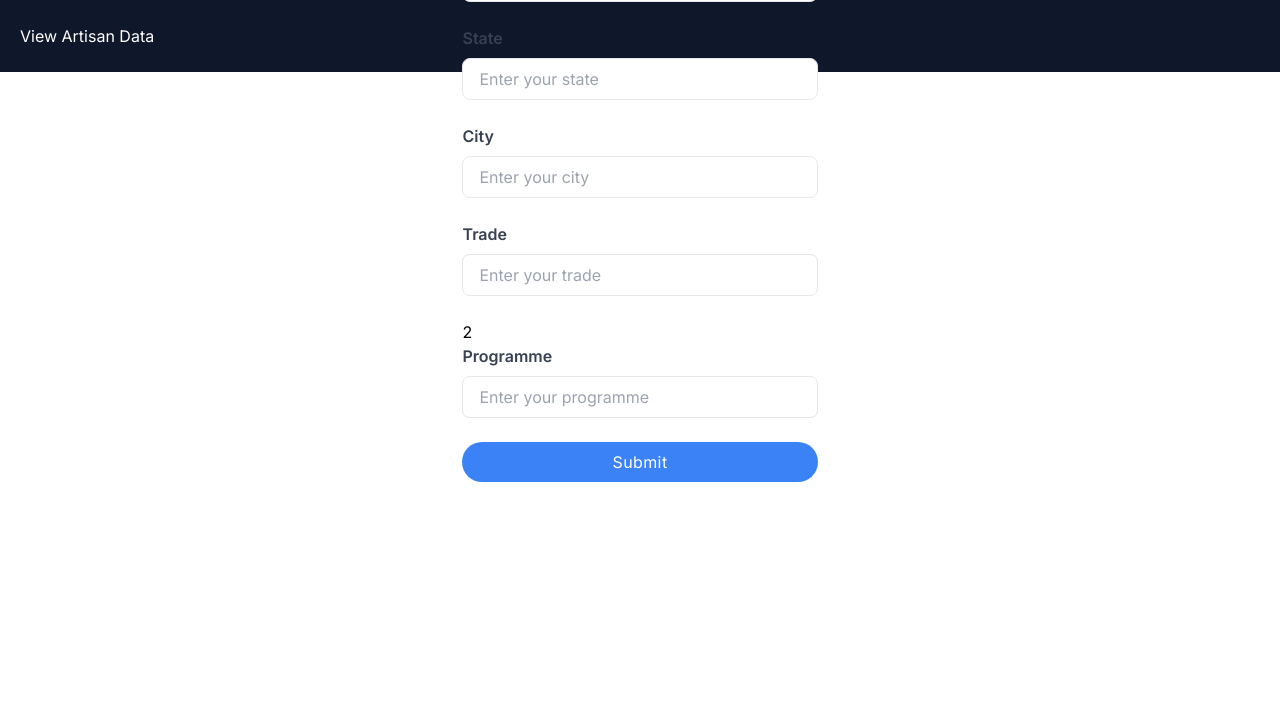
Repository: marcusdashe/artisanindex_frontend
Page: /components/CreateArtisan
An editor plug-in stored every save of this project. The page is shown before and after the next save, followed by the edit.
The browser window is 1280 px wide. The pictures show the whole page.
The page's requests for data from a server got no answer. The project was rebuilt for these pictures with package versions that can differ from the ones it lists, and the page was loaded fresh each time. The framework's server and built-in components were replaced by stand-ins that run in the browser. No one was signed in, and anything a server would have sent is missing. Also part of the build but not shown: next.config.js.

Above is the page before, as saved 2023-03-09 10:52:19.

After the next save:
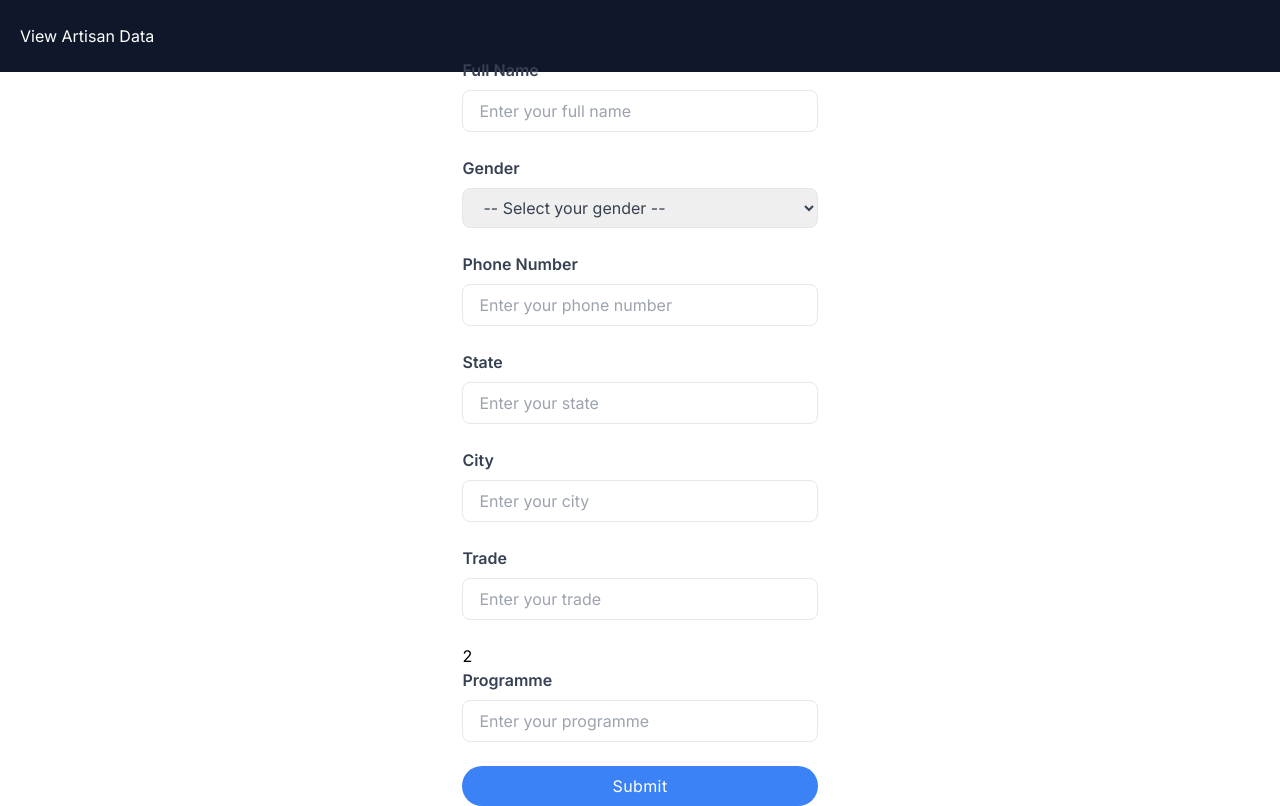
Saved 36 s later.
--- a/pages/components/CreateArtisan.js
+++ b/pages/components/CreateArtisan.js
@@ -158,7 +158,7 @@ function ViewArtisanDataScreen() {
       <div className="w-full h-[10vh] bg-slate-900 flex items-center content-center justify-start text-white p-5">
         View Artisan Data
       </div>
-      <div className="w-full h-[10vh] bg-white flex items-center justify-center">
+      <div className="w-full h-[100vh] bg-white flex items-center justify-center">
         <form onSubmit={handleSubmit}>
           <label htmlFor="fullName" className="block text-gray-700 font-bold">
             Full Name
